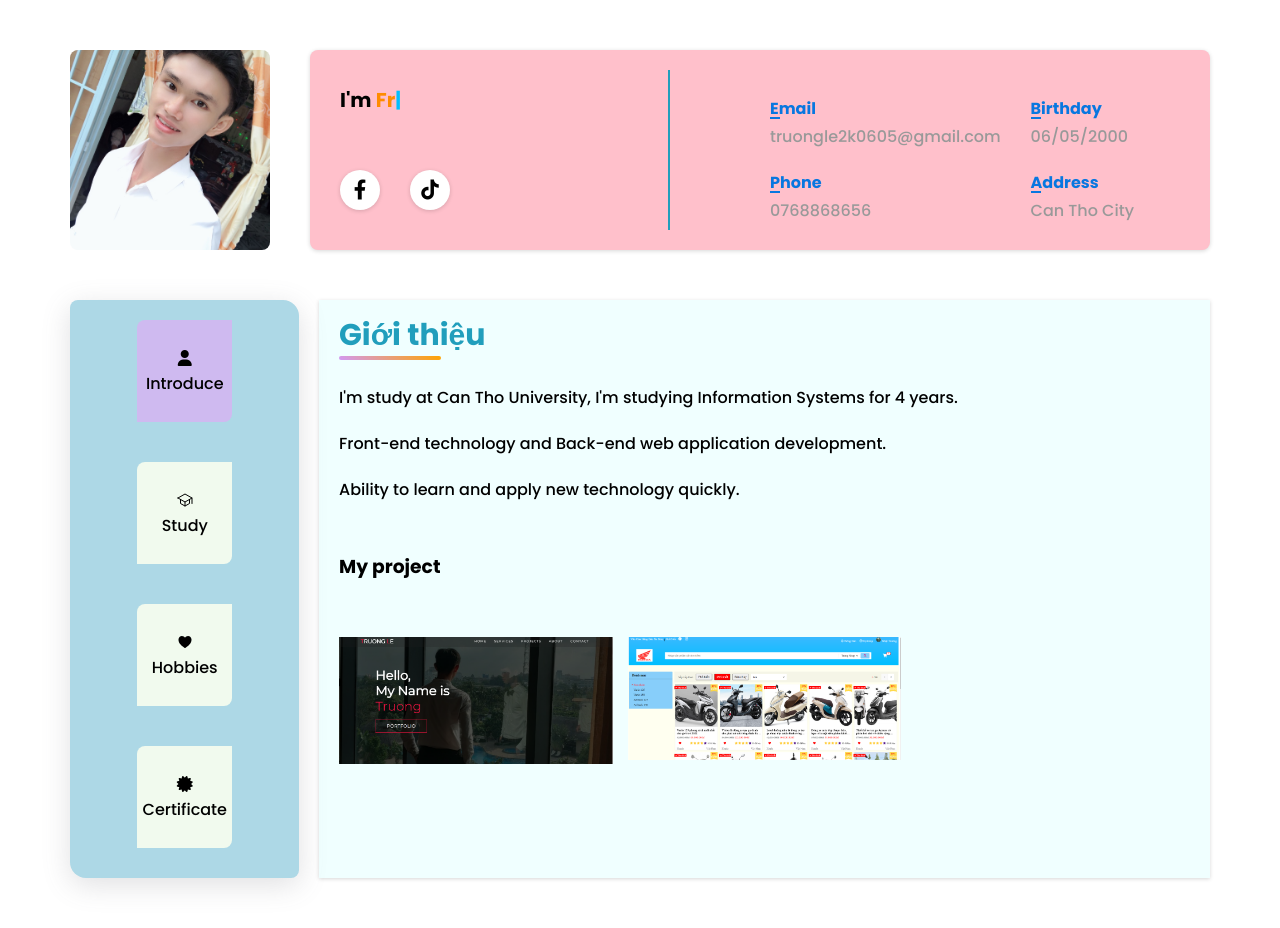
Repository: TruongLe2k0605/CodeCV
Page: cv.html
These files come from the project's save history. The page is drawn as it stood at one moment and after the next save; the edit follows.
The browser window is 1280 px wide. The pictures show the whole page.
Some web fonts or font styles are not loaded; a fallback is used. Some web libraries are served in a nearby version.

Above is the page before, as saved 2022-03-30 17:03:36.

### cv.html
<!DOCTYPE html>
<html lang="en">
  <head>
    <meta charset="UTF-8" />
    <meta http-equiv="X-UA-Compatible" content="IE=edge" />
    <meta name="viewport" content="width=device-width, initial-scale=1.0" />
    <title>CV | Le Nhat Truong</title>
    <link rel="preconnect" href="https://fonts.googleapis.com" />
    <link rel="preconnect" href="https://fonts.gstatic.com" crossorigin />
    <link rel="shortcut icon" type="image/png" href="/img/logo.ico" />
    <link
      href="https://fonts.googleapis.com/css2?family=Poppins:wght@300;500;600;700&display=swap"
      rel="stylesheet"
    />
    <link
      rel="stylesheet"
      href="https://cdnjs.cloudflare.com/ajax/libs/font-awesome/6.1.0/css/all.min.css"
      integrity="sha512-10/jx2EXwxxWqCLX/hHth/vu2KY3jCF70dCQB8TSgNjbCVAC/8vai53GfMDrO2Emgwccf2pJqxct9ehpzG+MTw=="
      crossorigin="anonymous"
      referrerpolicy="no-referrer"
    />
    <link rel="preconnect" href="https://fonts.googleapis.com" />
    <link rel="preconnect" href="https://fonts.gstatic.com" crossorigin />

    <link
      href="https://fonts.googleapis.com/css2?family=Hurricane&family=Poppins:wght@300;500;600;700&display=swap"
      rel="stylesheet"
    />
    <script
      type="module"
      src="https://unpkg.com/ionicons@5.5.2/dist/ionicons/ionicons.esm.js"
    ></script>
    <script
      nomodule
      src="https://unpkg.com/ionicons@5.5.2/dist/ionicons/ionicons.js"
    ></script>
    <link rel="stylesheet" href="./css/reset.css" />
    <link rel="stylesheet" href="./css/cv.css" />
  </head>
  <body>
    <div class="wrapper">
      <header class="about">
        <img src="./image/truongle.jpg" alt="" class="about-img" />

        <div class="about-info">
          <div class="about-content">
            <h2 class="about-name">I'm <span class="line-name"></span></h2>

            <div class="social-list">
              <a
                href="https://www.facebook.com/profile.php?id=100026598735786"
                data-name="Facebook"
                class="social-item"
              >
                <i class="fa-brands fa-facebook-f social-link"></i>
              </a>
              <a href="#!" class="social-item" data-name="Tiktok">
                <i class="fa-brands fa-tiktok social-link"></i>
              </a>

            </div>
          </div>

          <div class="contact-list">
            <div class="contact-item">
              <span>Email</span>
              <span>truongle2k0605@gmail.com</span>
            </div>
            <div class="contact-item">
              <span>Birthday</span>
              <span>06/05/2000</span>
            </div>
            <div class="contact-item">
              <span>Phone</span>
              <span>0768868656</span>
            </div>
            <div class="contact-item">
              <span>Address</span>
              <span>Can Tho City</span>
            </div>
          </div>
        </div>
      </header>

      <div class="navbar">
        <ul class="navbar-list">
          <li class="navbar-item active" data-idx="1">
            <i class="fa-solid fa-user"></i>
            <span>Introduce</span>
          </li>
          <li class="navbar-item" data-idx="2">
            <ion-icon name="school-outline"></ion-icon>
            <span>Study</span>
          </li>
          <li class="navbar-item" data-idx="3">
            <ion-icon name="heart"></ion-icon>
            <span>Hobbies</span>
          </li>
          <li class="navbar-item" data-idx="4">
            <i class="fa-solid fa-certificate"></i>
            <span>Certificate</span>
          </li>
        </ul>

        <ul class="information-list">
          <li class="information-item active" data-idx="1">
            <h3 class="intro">Giới thiệu</h3>
            <div class="intro-list">
              <p>
                I'm study at Can Tho University, I'm studying Information
                Systems for 4 years.
              </p>
              <p>
                Front-end technology and Back-end web application development.
              </p>
              <p>Ability to learn and apply new technology quickly.</p>
            </div>
            <h3 class="project-name">My project</h3>
            <div class="project-list">


              <div class="project-item">
                <a
                  href="https://truongle2k0605.github.io/OnePage/"
                  class="project-link"
                >
                  <img src="./image/onepage.png" alt="" />
                </a>
              </div>

              <div class="project-item">
                <a
                  href="https://truongle2k0605.github.io/webpage/"
                  class="project-link"
                >
                  <img src="./image/webpage.png" alt="" />
                </a>
              </div>
            </div>
          </li>
          <li class="information-item" data-idx="2">
            <h4 class="information-education intro">Education</h4>
            <div class="education-list">
              <div class="education-item">
                <h4 class="education-name">Can Tho University</h4>
                <span>2018 - nay</span>
              </div>
              <div class="education-item">
                <h4 class="education-name">F8</h4>
                <span>2019 - nay</span>
              </div>
              <div class="education-item">
                <h4 class="education-name">Evondev</h4>
                <span>2020 - nay</span>
              </div>
            </div>
            <div class="skills">
              <h3 class="skills-title">Skills</h3>
              <ul class="skills-list">
                <li class="skills-item">HTML & CSS</li>
                <li class="skills-item">Javascript</li>
                <li class="skills-item">PHP</li>
                <li class="skills-item">Git</li>
                <li class="skills-item">Bootstrap</li>

                <!-- <li class="skills-item">Sass</li> -->
              </ul>
            </div>
          </li>
          <li class="information-item">
            <h4 class="information-hobbies intro">Hobbies</h4>
            <ul class="hobbies-list">
              <li class="hobbies-item">
                <div class="hobbies-title">
                  <img src="./image/nhac1.png" alt="" />
                  Play Music
                </div>
                <div class="hobbies-content">
                  <img src="./image/nhac2.png" alt="" class="hobbies-img" />
                  <p class="hobbies-desc">
                    I usually listen to music to release stress.
                  </p>
                </div>
              </li>
              <li class="hobbies-item">
                <div class="hobbies-title">
                  <img
                    src="./image/anh-bong-chuyen-dep_034939462.jpg"
                    alt=""
                    class="hobbies-img__small"
                  />
                  Play Sport
                </div>
                <div class="hobbies-content">
                  <img src="./image/thuan-4159-1430374227.jpg" alt="" class="hobbies-img" />
                  <p class="hobbies-desc">
                    Playing volleyball are very good for your health.
                  </p>
                </div>
              </li>
            </ul>
          </li>
        </ul>
      </div>
    </div>
    <script src="https://cdn.jsdelivr.net/npm/typed.js@2.0.12"></script>
    <script src="./js/starter.js"></script>
  </body>
</html>

### css/reset.css
*,
*::before,
*::after {
  box-sizing: border-box;
}
* {
  margin: 0;
}

html,
body {
  height: 100%;
}
body {
  line-height: 1.5;
  -webkit-font-smoothing: antialiased;
  -webkit-tap-highlight-color: rgba(0, 0, 0, 0);
}

img,
picture,
video,
canvas,
svg {
  display: block;
  max-width: 100%;
}
input,
button,
textarea,
select {
  font: inherit;
  outline: none;
  border: none;
}
p,
h1,
h2,
h3,
h4,
h5,
h6 {
  overflow-wrap: break-word;
}
a {
  text-decoration: none;
}

### css/cv.css
* {
  margin: 0;
  padding: 0;
  box-sizing: border-box;
}

body {
  font-family: "Poppins", sans-serif;
  line-height: 1;
  font-size: 16px;
}

ul,
li {
  list-style-type: none;
}

.wrapper {
  max-width: 1140px;
  width: 100%;
  margin: 0 auto;
  padding-bottom: 50px;
}

.about {
  display: flex;
  justify-content: center;
  align-items: center;
  gap: 0 40px;
  margin: 50px auto;
  max-width: 900px;
}
.about-img {
  width: 200px;
  border-radius: 8px;
  height: 200px;
  object-fit: cover;
  flex-shrink: 0;
}
.about-info {
  box-shadow: rgba(0, 0, 0, 0.16) 0px 1px 4px;
  padding: 20px 30px;
  height: 200px;
  display: flex;
  align-items: center;
  gap: 0 10px;
  border-radius: 8px;
  flex: 0 0 100%;
  position: relative;
  background-color:#FFC0CB;
}
.about-info::after {
  content: "";
  position: absolute;
  width: 2px;
  height: 80%;
  background-color:#219ebc;
  left: 40%;
  transform: translateX(-100%);
}
.about-content {
  flex: 0 0 50%;
}
.about-name {
  margin-bottom: 10px;
  font-size: 20px;
}
.about-employ {
  display: block;
  padding-bottom: 15px;
  color: #0877e0;
}
.about-desc {
  line-height: 1.4;
}

.contact-list {
  margin-top: 20px;
  display: grid;
  grid-template-columns: 1fr 1fr;
  flex: 1 0 50%;
  grid-gap: 30px;
}
.contact-item {
  display: flex;
  flex-direction: column;
  gap: 10px;
}
.contact-item span:first-child {
  color:#0877e0;
  font-weight: bold;
  width: 10px;
  border-bottom: 2px solid #0877e0;
}
.contact-item span:nth-child(2) {
  color: #999;
}

.social-list {
  margin-top: 60px;
  display: flex;
  gap: 0 30px;
}
.social-item {
  transition: all 0.2s linear;
  color: #000;
  font-size: 20px;
  width: 40px;
  height: 40px;
  display: flex;
  justify-content: center;
  align-items: center;
  border-radius: 100rem;
  box-shadow: rgba(0, 0, 0, 0.16) 0px 1px 4px;
  background-color: #fff;
}
.social-item:hover {
  background-color: #200120;
  color: #fff;
}

.tooltip-text {
  position: fixed;
  background-color: #ffa400;
  transition: all 0.2s linear;
  padding: 10px;
  border-radius: 8px;
}

.tooltip-text::after {
  content: "";
  position: absolute;
  border-left: 10px solid transparent;
  border-right: 10px solid transparent;
  border-top: 10px solid #0877e0;
  left: 50%;
  transform: translate(-50%, 255%);
}

.line-name {
  color:darkorange;
}

.typed-cursor {
  color:#00BFFF;
}

.navbar {
  width: 100%;
  display: flex;
  justify-content: space-between;
  gap: 0 20px;
}
.navbar-list {
  border-radius: 8px 16px 8px 16px;
  width: 25%;
  padding: 20px;
  box-shadow: rgba(100, 100, 111, 0.2) 0px 7px 29px 0px;
  gap: 30px;
  display: flex;
  flex-direction: column;
  align-items: center;
  background-color:#ADD8E6;
  backdrop-filter: blur(0.3px);
}
.navbar-item {
  transition: all 0.2s linear;
  cursor: pointer;
  background-color: #f1faee;
  display: inline-flex;
  align-items: center;
  justify-content: center;
  flex-direction: column;
  width: 50%;
  padding: 30px;
  gap: 10px;
  margin-bottom: 10px;
  border-radius: 8px 0 8px 0;
  transition: all 0.2s linear;
}
.navbar-item.active {
  background-color: #cfbaf0;
}
.navbar-item > * {
  pointer-events: none;
}

.information-list {
  width: 100%;
  padding: 20px;
  box-shadow: rgba(0, 0, 0, 0.16) 0px 1px 4px;
  transition: all 0.2s linear;
  background-color:azure;
}
.information-item {
  display: none;
}
.information-item.active {
  animation: fadeIn 1s forwards 1 cubic-bezier(0.47, 0, 0.745, 0.715);
  display: block;
}

@keyframes fadeIn {
  from {
    transform: scale(0);
  }
  to {
    transform: scale(1);
  }
}
.intro {
  display: inline-block;
  font-size: 30px;
  color: #219ebc;
  margin-bottom: 40px;
  position: relative;
}
.intro::after {
  content: "";
  position: absolute;
  width: 70%;
  bottom: -10px;
  left: 0;
  background: linear-gradient(216deg, #ffa400 0%, #d198f5 100%);
  height: 4px;
  border-radius: 66px;
}

.project-name {
  margin: 60px 0;
}
.project-list {
  display: grid;
  grid-template-columns: repeat(3, 1fr);
  grid-gap: 15px;
}
.project-item {
  transition: all 0.2s linear;
}
.project-item:hover {
  transform: translateY(-15px);
}
.project-item:nth-child(odd):hover {
  border-bottom-right-radius: 4px;
  border-bottom: 4px solid #219ebc;
  border-right: 4px solid #219ebc;
}
.project-item:nth-child(even):hover {
  border-top-left-radius: 4px;
  border-top: 4px solid #219ebc;
  border-left: 4px solid #219ebc;
}

.education-list {
  padding: 0 30px;
  margin: 0 30px;
  display: flex;
  flex-direction: column;
  gap: 20px;
  position: relative;
  margin-bottom: 50px;
}
.education-list::before {
  content: "";
  position: absolute;
  left: -1%;
  z-index: 9;
  top: 50%;
  width: 20px;
  transform: translateY(-50%);
  height: 20px;
  border-radius: 100%;
  background-color: #219ebc;
  border: 2px solid #ccc;
  box-shadow: rgba(149, 157, 165, 0.2) 0px 8px 24px;
}
.education-list::after {
  position: absolute;
  content: "";
  width: 3px;
  height: 100%;
  left: 0;
  background-color: #ccc;
}
.education-item::after {
  content: "";
  position: absolute;
  left: -1%;
  z-index: 9;
  top: 0;
  width: 20px;
  height: 20px;
  border-radius: 100%;
  background-color: #219ebc;
  border: 2px solid #ccc;
  box-shadow: rgba(149, 157, 165, 0.2) 0px 8px 24px;
}
.education-item::before {
  content: "";
  position: absolute;
  left: -1%;
  z-index: 9;
  bottom: 0;
  width: 20px;
  height: 20px;
  border-radius: 100%;
  background-color: #219ebc;
  border: 2px solid #ccc;
  box-shadow: rgba(149, 157, 165, 0.2) 0px 8px 24px;
}

.skills-title {
  margin-bottom: 30px;
}
.skills-list {
  height: 200px;
  display: flex;
  flex-direction: column;
  gap: 30px 0;
  flex-wrap: wrap;
  margin: 0 30px;
  padding: 0 30px;
  position: relative;
}
.skills-list::after {
  position: absolute;
  content: "";
  width: 3px;
  height: 100%;
  left: 0;
  background-color: #ccc;
}
.skills-item:first-child:after {
  content: "";
  position: absolute;
  left: -1%;
  z-index: 9;
  top: 0;
  width: 20px;
  height: 20px;
  border-radius: 100%;
  background-color: #219ebc;
  border: 2px solid #ccc;
  box-shadow: rgba(149, 157, 165, 0.2) 0px 8px 24px;
}
.skills-item::before {
  content: "";
  position: absolute;
  left: -1%;
  z-index: 9;
  bottom: 0;
  width: 20px;
  height: 20px;
  border-radius: 100%;
  background-color: #219ebc;
  border: 2px solid #ccc;
  box-shadow: rgba(149, 157, 165, 0.2) 0px 8px 24px;
}
.skills-item:nth-child(2) {
  position: relative;
}
.skills-item:nth-child(2):before {
  content: "";
  position: absolute;
  left: -38px;
  z-index: 9;
  bottom: 0px;
  width: 20px;
  height: 20px;
  border-radius: 100%;
  background-color: #219ebc;
  border: 2px solid #ccc;
  box-shadow: rgba(149, 157, 165, 0.2) 0px 8px 24px;
}
.skills-item:nth-child(3) {
  position: relative;
}
.skills-item:nth-child(3):before {
  content: "";
  position: absolute;
  left: -38px;
  z-index: 9;
  bottom: 0px;
  width: 20px;
  height: 20px;
  border-radius: 100%;
  background-color: #219ebc;
  border: 2px solid #ccc;
  box-shadow: rgba(149, 157, 165, 0.2) 0px 8px 24px;
}
.skills-item:nth-child(4) {
  position: relative;
}
.skills-item:nth-child(4):before {
  content: "";
  position: absolute;
  left: -38px;
  z-index: 9;
  bottom: 0px;
  width: 20px;
  height: 20px;
  border-radius: 100%;
  background-color: #219ebc;
  border: 2px solid #ccc;
  box-shadow: rgba(149, 157, 165, 0.2) 0px 8px 24px;
}

.intro-list {
  display: flex;
  flex-direction: column;
  gap: 30px;
}

.hobbies-title {
  display: flex;
  align-items: center;
  gap: 0 20px;
  font-size: 20px;
  color: #333;
  margin-bottom: 5px;
}
.hobbies-list {
  display: flex;
  flex-direction: column;
  gap: 100px;
}
.hobbies-content {
  display: flex;
  align-items: center;
  gap: 0 20px;
}
.hobbies-img {
  height: 100px;
  width: 200px;
  object-fit: cover;
  border-radius: 8px;
}
.hobbies-img__small {
  width: 50px;
  height: 50px;
  object-fit: cover;
  object-position: center;
  border-radius: 8px;
}

/*# sourceMappingURL=app.css.map */

### js/starter.js
var type = new Typed(".line-name", {
  strings: ["Le Nhat Truong", "Frontend Developer"],
  loop: true,
  typeSpeed: 150,
  backSpeed: 50,
  cursorChar: "|",
});

const socialItems = document.querySelectorAll(".social-item");
const informationItems = document.querySelectorAll(".information-item");
const navbarItems = document.querySelectorAll(".navbar-item");

// Tooltip
[...socialItems].forEach((item) =>
  item.addEventListener("mouseenter", handleShowToolTip)
);

function handleShowToolTip(e) {
  const tooltip = document.createElement("div");
  tooltip.className = "tooltip-text";
  tooltip.textContent = e.target.dataset.name;
  document.body.appendChild(tooltip);
  const cords = e.target.getBoundingClientRect();
  const triangle = 10;
  const { left, top, width, height } = cords;
  tooltip.style.left = `${left - width / 2}px`;
  tooltip.style.top = `${top - triangle - tooltip.offsetHeight}px`;
  if (e.target.dataset.name === "Facebook") {
    tooltip.style.backgroundColor = "#3B5999";
  } else if (e.target.dataset.name === "Tiktok") {
    tooltip.style.backgroundColor = "#E1306C";
  } else {
    tooltip.style.backgroundColor = "#e9c46a";
  }
}

[...socialItems].forEach((item) =>
  item.addEventListener("mouseleave", function () {
    const tooltip = document.querySelector(".tooltip-text");
    if (tooltip) {
      tooltip.parentNode.removeChild(tooltip);
    }
  })
);

// NavbarItem
[...navbarItems].forEach((navbar, idx) => {
  navbar.addEventListener("click", function () {
    console.log(idx);
    // Lấy được index của element ta click vào
    const item = informationItems[idx];
    [...navbarItems].forEach((item) => item.classList.remove("active"));
    this.classList.add("active");
    [...informationItems].forEach((info) => info.classList.remove("active"));
    item.classList.add("active");
  });
});

// function handleToggleActive(e) {
//   [...navbarItems].forEach((item) => item.classList.remove("active"));
//   e.target.classList.add("active");
//   console.log(e.target.dataset.idx);
// }

After the next save:
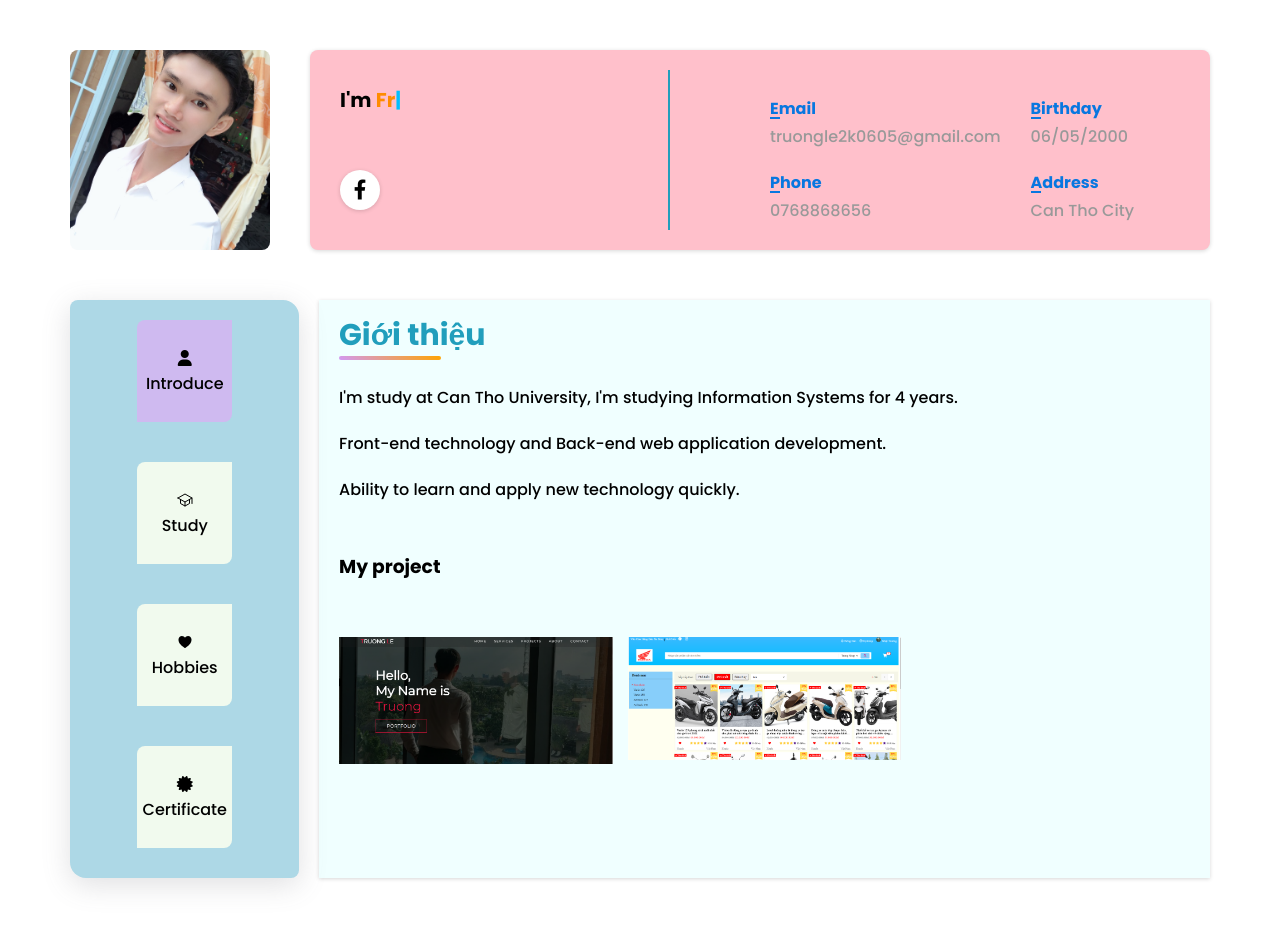
Saved 68 s later.
--- a/cv.html
+++ b/cv.html
@@ -54,9 +54,7 @@
               >
                 <i class="fa-brands fa-facebook-f social-link"></i>
               </a>
-              <a href="#!" class="social-item" data-name="Tiktok">
-                <i class="fa-brands fa-tiktok social-link"></i>
-              </a>
+
 
             </div>
           </div>
